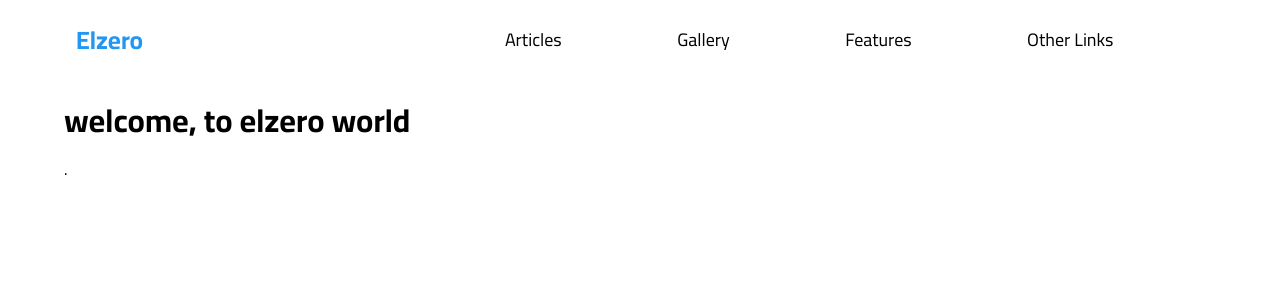
Repository: Toqa-25/elzeroAcdemey-Templete
Page: index.html
The author's editor kept a copy of each file at every save. The page is drawn from the files as they stood at one save, then again after the next save.
The browser window is 1280 px wide. The pictures show the whole page.

Above is the page before, as saved 2022-01-16 20:55:21.

After the next save:
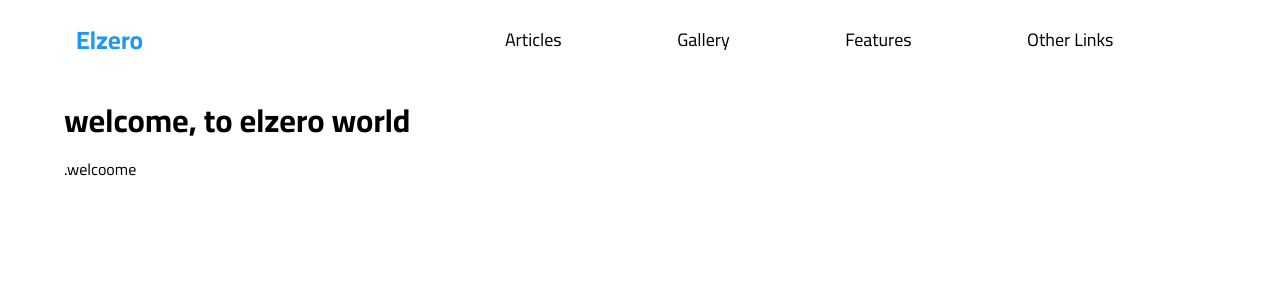
Saved 4 s later.
--- a/index.html
+++ b/index.html
@@ -68,7 +68,7 @@
             <div class="welcome-content">
                 <div class="welcome-content-text">
                     <h1 class="welcome-content-text">welcome, to elzero world</h1>
-                    .
+                    .welcoome
                 </div>
                 <div class="welcome-content-img"></div>
             </div>
